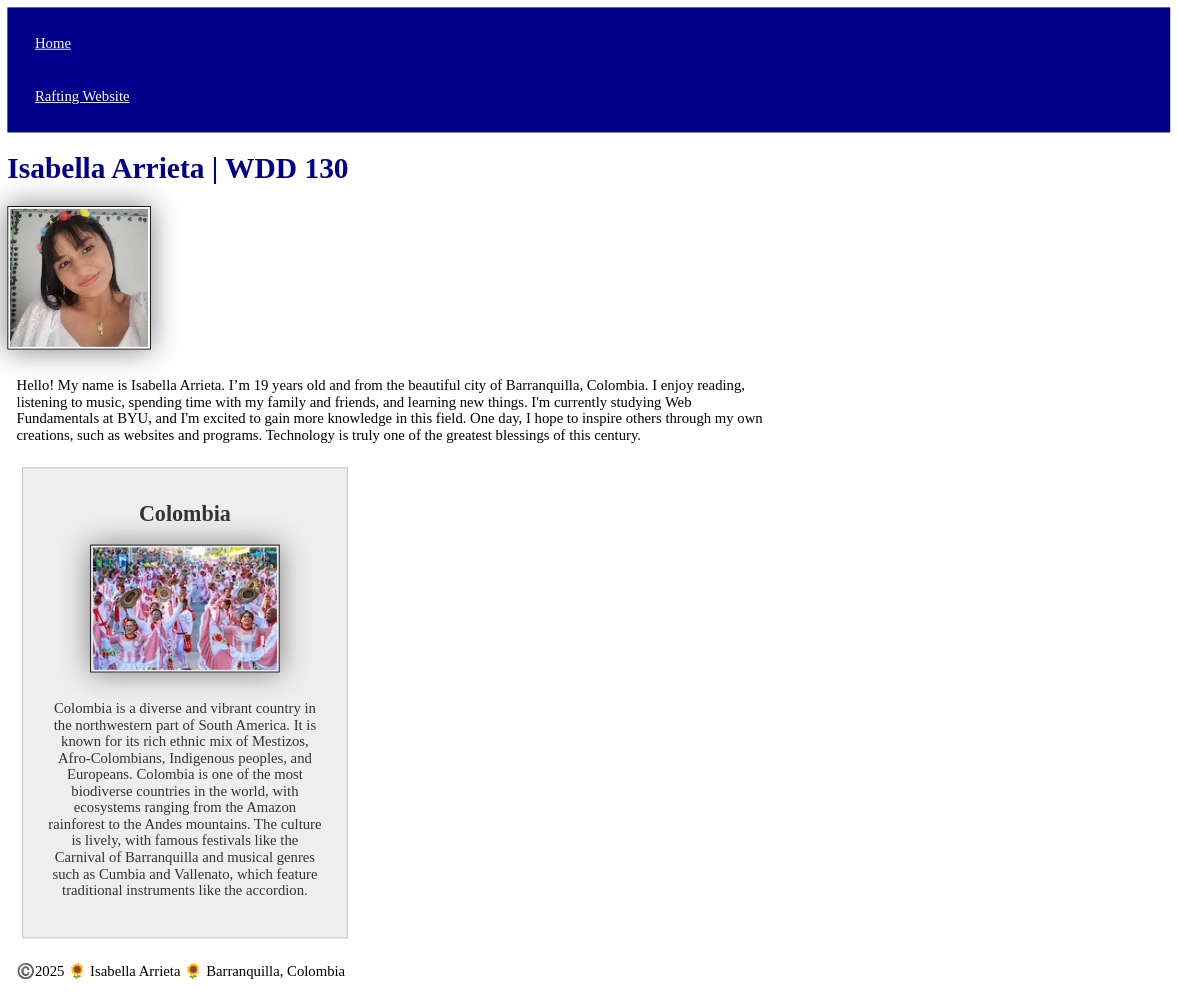
Repository: isaAJ05/wdd130
Page: index.html
The author's editor kept a copy of each file at every save. The page is drawn from the files as they stood at one save, then again after the next save.
The browser window is 1280 px wide. The pictures show the whole page, at 92% of full size.

Above is the page before, as saved 2025-05-15 12:54:39.

### index.html
<!DOCTYPE html>
<html lang="en-US">
    <head>
        <meta charset="UTF-8">
        <meta name="viewport" content="width=device-width, initial-scale=1.0">
        <title>Isabella Arrieta | WDD 130</title>
        <meta name="description" content="About Isabella Arrieta">
        <meta name="author" content="Isabella Arrieta">
        <link rel="stylesheet" href="styles/styles.css">
    </head>
    <body>
        <header>
            <nav>
                <a href="#">Home</a>
                <a href="wwr/">Rafting Website</a>
            </nav>
        </header>
        <main>
            <h1>Isabella Arrieta | WDD 130</h1>
            <img src="images/profile.webp" alt="Hello, my name is Isabella Arrieta Juliao" width="200">
            <p>Hello! My name is Isabella Arrieta. I’m 19 years old and from the beautiful city of Barranquilla, Colombia. I enjoy reading, listening to music, spending time with my family and friends, and learning new things. I'm currently studying Web Fundamentals at BYU, and I'm excited to gain more knowledge in this field. One day, I hope to inspire others through my own creations, such as websites and programs. Technology is truly one of the greatest blessings of this century.</p>
        </main>
        <aside>
            <h2>Colombia</h2>
            <img src="images/cumbia.webp" alt="This is Cumbia a famous dance from Colombia" width="200">
            <p>Colombia is a diverse and vibrant country in the northwestern part of South America. It is known for its rich ethnic mix of Mestizos, Afro-Colombians, Indigenous peoples, and Europeans. Colombia is one of the most biodiverse countries in the world, with ecosystems ranging from the Amazon rainforest to the Andes mountains. The culture is lively, with famous festivals like the Carnival of Barranquilla and musical genres such as Cumbia and Vallenato, which feature traditional instruments like the accordion.</p>
        </aside>
        <footer>
            <p>©️2025 🌻 Isabella Arrieta 🌻 Barranquilla, Colombia</p>
        </footer>
    </body>
</html>

### styles/styles.css
nav {
    background-color: darkblue;
    padding: 10px;
}

nav a {
    color: white;
    display: block;
    padding: 20px;
}

h1 {
    color: darkblue;
}

img {
    width: 150px;
    height: auto;
    border: 1px solid black;
    padding: 2px;
    box-shadow: 0 0 30px gray;
}

p {
    padding: 10px;
}

main{
    max-width: 840px;
}

aside{
    width: 20rem;
    margin: 1rem;
    border: 1px solid rgb(0 0 0 / 0.2);
    padding: 1rem;
    background-color: #eee;
    color: #333;
    text-align: center;
}

aside img{
    width: 200px;
    height: auto;
}

After the next save:
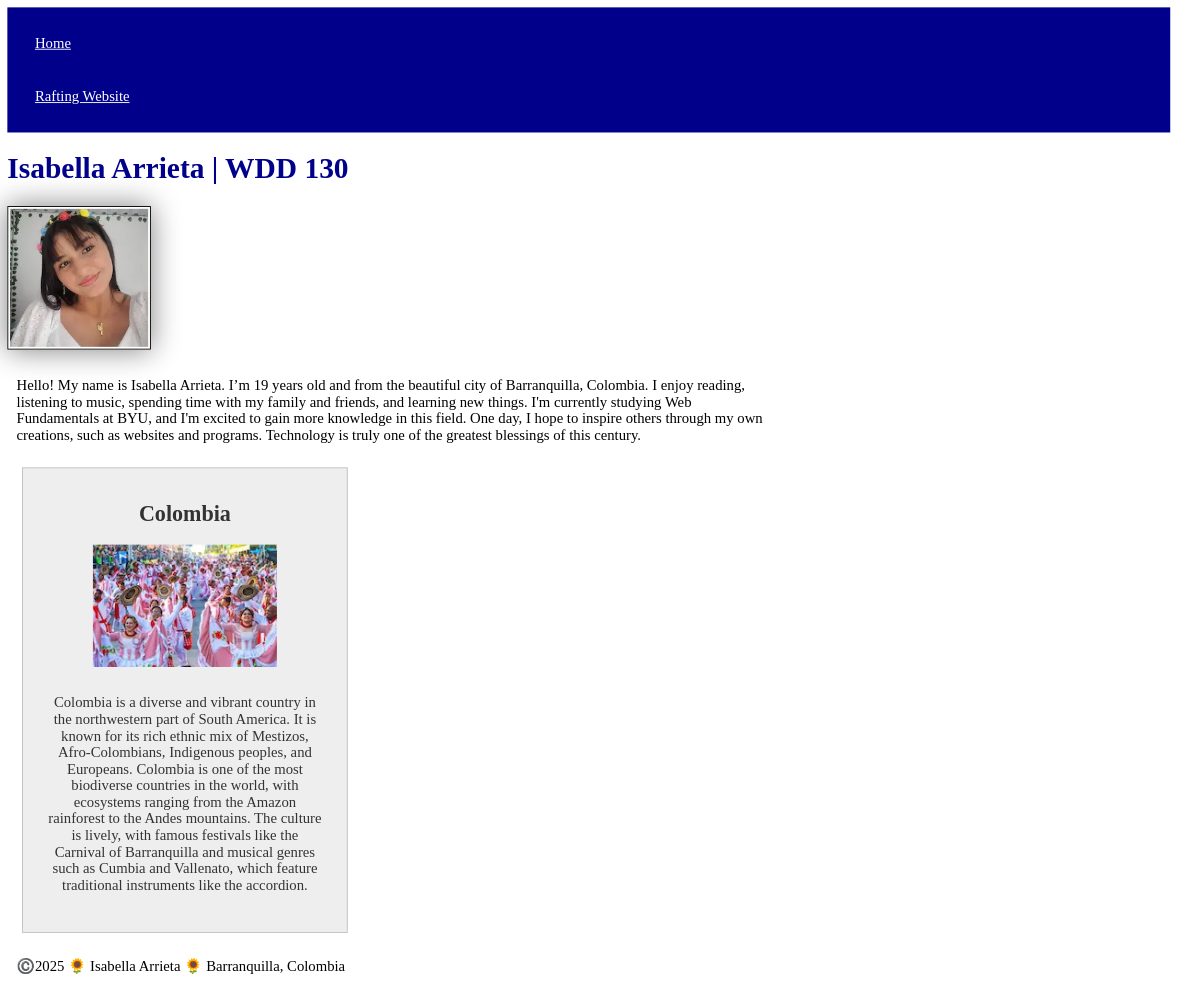
Saved 32 s later.
--- a/styles/styles.css
+++ b/styles/styles.css
@@ -13,7 +13,7 @@ h1 {
     color: darkblue;
 }
 
-img {
+main img {
     width: 150px;
     height: auto;
     border: 1px solid black;
